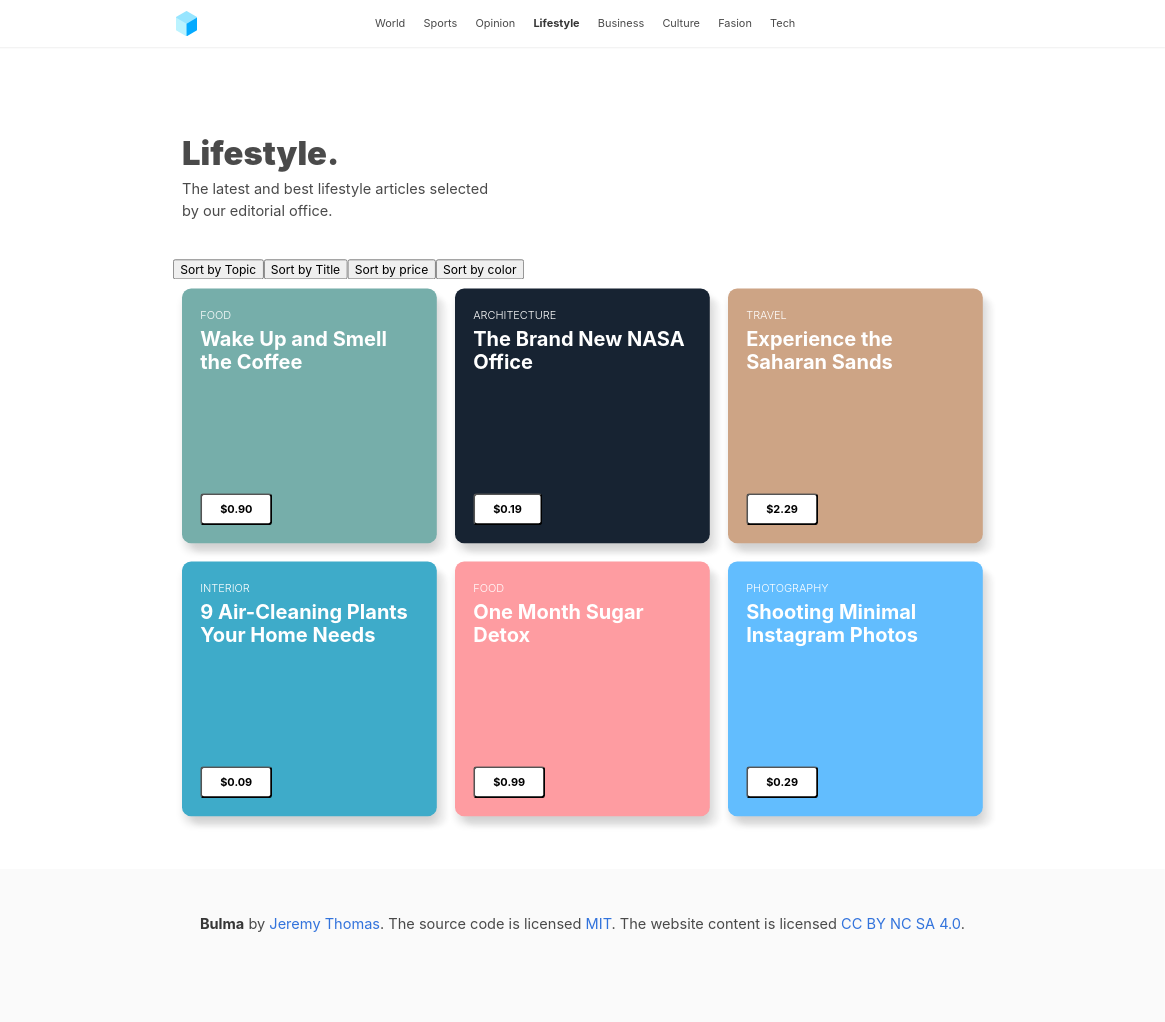
Repository: DOODpls/js_ass1
Page: index.html
An editor plug-in stored every save of this project. The page is shown before and after the next save, followed by the edit.
The browser window is 1280 px wide. The pictures show the whole page, at 91% of full size.

Above is the page before, as saved 2019-11-22 19:34:45.

### index.html
<!DOCTYPE html>
<html>
<head>
    <title></title>
    <link rel="stylesheet" href="https://cdnjs.cloudflare.com/ajax/libs/bulma/0.7.5/css/bulma.min.css" integrity="sha256-vK3UTo/8wHbaUn+dTQD0X6dzidqc5l7gczvH+Bnowwk=" crossorigin="anonymous" />
    <link rel="stylesheet" type="text/css" href="./styles.css">
</head>
<body>

    <nav class="navbar">
        <div class="container">
            <div class="logo"></div>
            <ul>
                <li>World</li>
                <li>Sports</li>
                <li>Opinion</li>
                <li><strong>Lifestyle</strong></li>
                <li>Business</li>
                <li>Culture</li>
                <li>Fasion</li>
                <li>Tech</li>
            </ul>
            <span class="icon">
              <i class="ion-ionic" style='color: black; background: black;'></i>
            </span>
        </div>
    </nav>

    <section class="section">
        <div class="container">
            <div style='margin: 40px 10px 40px'>
                <h1>Lifestyle.</h1>
                <p>The latest and best lifestyle articles selected<br/>
                    by our editorial office.
                </p>
            </div>
        </div>
        <div class="container">
            <div class='card-row' id='content'></div>
        </div>
    </section>

    <footer class="footer">
        <div class="content has-text-centered">
            <p>
                <strong>Bulma</strong> by <a href="https://jgthms.com">Jeremy Thomas</a>. The source code is licensed
                <a href="http://opensource.org/licenses/mit-license.php">MIT</a>. The website content
                is licensed <a href="http://creativecommons.org/licenses/by-nc-sa/4.0/">CC BY NC SA 4.0</a>.
            </p>
        </div>
    </footer>

    <script type="text/javascript" src='./app.js'></script>
</body>
</html>

### styles.css
/* - - - - - - - - - - - - - - - - - - - - - - - - - - - - - -
GENERAL
- - - - - - - - - - - - - - - - - - - - - - - - - - - - - - */
h1 {
    font-size: 36px;
    font-weight: 900;
}

.container {
    max-width: 900px;
}

/* - - - - - - - - - - - - - - - - - - - - - - - - - - - - - -
NAV
- - - - - - - - - - - - - - - - - - - - - - - - - - - - - - */
nav {
    border-bottom: 1px solid #ededed;
}

.navbar > .container {
    display: flex;
    align-items: center;
    justify-content: space-between;
}

nav .container ul {
    display: flex;
}

nav .container ul li {
    margin: 0 10px;
    font-size: 12px;
}

.logo {
    background: url('./img/logo.svg');
    background-size: 24px;
    background-position: center;
    background-repeat: no-repeat;

    height: 30px;
    width: 30px;
}

@media (max-width: 600px) {
    nav .container {
        padding: 0 30px;
    }

    nav .container ul {
        display: none;
    }
}

/* TILES */
.card-row {
    display: flex;
    flex-wrap: wrap;
}

.card {
    height: 280px;
    border-radius: 10px;
    background: rgba(23, 35, 50, 1);
    flex: 1 230px;
    margin: 10px;
    padding: 20px;
    position: relative;
    box-shadow: 2px 8px 9px 0px rgba(0, 0, 0, 0.14),
        11px 11px 6px rgba(0, 0, 0, 0.05);
}

.card .buy-button {
    position: absolute;
    bottom: 20px;
    left: 20px;
    background: white;
    color: black;
    border-radius: 4px;
    padding: 8px 20px;
    font-size: 12px;
    font-weight: 700;
}

.card .topic {
    color: white;
    font-weight: 300;
    font-size: 12px;
    text-transform: uppercase;
    margin-bottom: 5px;
}
.card .title {
    color: white;
    font-weight: 700;
    font-size: 22px;
}

### app.js
const green = 'rgba(118,174, 170, 1)'
const black = 'rgba(23,35, 50, 1)'
const brown = 'rgba(205,164, 133, 1)'
const greenblue = 'rgba(62,171, 201, 1)'
const pink = 'rgba(254,156, 161, 1)'
const blue = 'rgba(98,189, 254, 1)'

const data = [
    {
        topic: 'Food',
        title: 'Wake Up and Smell the Coffee',
        price: '$0.90',
        color: green
    },
    {
        topic: 'Architecture',
        title: 'The Brand New NASA Office',
        price: '$0.19',
        color: black
    },
    {
        topic: 'Travel',
        title: 'Experience the Saharan Sands',
        price: '$2.29',
        color: brown
    },
    {
        topic: 'Interior',
        title: '9 Air-Cleaning Plants Your Home Needs',
        price: '$0.09',
        color: greenblue
    },
    {
        topic: 'Food',
        title: 'One Month Sugar Detox',
        price: '$0.99',
        color: pink
    },
    {
        topic: 'Photography',
        title: 'Shooting Minimal Instagram Photos',
        price: '$0.29',
        color: blue
    }
]

// Instructions
// Take the data above and display it as tiles on the page


    // for(i=0; i<data.length; i++){
    //     let heig
    //     if(i % 2 == 0){
    //         heig = '500px'
    //     }

    //     const tilers = document.querySelector('#content')
    //     const divr = document.createElement('div')
    //     divr.className= 'card'
    //     divr.style.backgroundColor = data[i].color
    //     divr.style.flex = heig
    //     divr.id = 'divtile'+ i
    //     tilers.appendChild(divr)

    //     const p1 = document.querySelector('#divtile'+i)
    //     const pr1 = document.createElement('p')
    //     pr1.textContent = data[i].topic
    //     pr1.className= 'topic'
    //     p1.appendChild(pr1)

    //     const p2 = document.querySelector('#divtile'+i)
    //     const pr2 = document.createElement('p')
    //     pr2.textContent = data[i].title
    //     pr2.className= 'title'
    //     p2.appendChild(pr2)

    //     const btn1 = document.querySelector('#divtile'+i)
    //     const btr2 = document.createElement('button')
    //     btr2.textContent = data[i].price
    //     btr2.className= 'buy-button'
    //     btn1.appendChild(btr2)
    // }
    const tilers = document.querySelector('#content')
    function looop(){
      data.forEach(function(item)
    {
        const divr = document.createElement('div')
        divr.className = 'card'
        divr.style.backgroundColor = item.color
        tilers.appendChild(divr)

        const pr1 = document.createElement('p')
        pr1.textContent = item.topic
        pr1.className= 'topic'
        divr.appendChild(pr1)

        const pr2 = document.createElement('p')
        pr2.textContent = item.title
        pr2.className= 'title'
        divr.appendChild(pr2)

        const btr2 = document.createElement('button')
        btr2.textContent = item.price
        btr2.className= 'buy-button'
        divr.appendChild(btr2)
    })
    }
    looop();

    // tried to do sort, but i suck
    const container = document.querySelector('body section .container')
    const btn1 = document.createElement('button')
    btn1.className= 'topic'
    btn1.id = "butt1"
    btn1.innerText = "Sort by Topic"
    const btn2 = document.createElement('button')
    btn2.className= 'bytitle'
    btn2.id = "butt2"
    btn2.innerText = "Sort by Title"
    const btn3 = document.createElement('button')
    btn3.className= 'price'
    btn3.id = "butt3"
    btn3.innerText = "Sort by price"
    const btn4 = document.createElement('button')
    btn4.className= 'price'
    btn4.id = "butt4"
    btn4.innerText = "Sort by color"
    container.append(btn1, btn2, btn3, btn4)

    function sort1(){
        data.sort((a, b) => (a.topic > b.topic) ? 1 : -1)
    }
    function sort2(){
      data.sort((a, b) => (a.title > b.title) ? 1 : -1)
    }
    function sort3(){
      data.sort((a, b) => (a.price > b.price) ? 1 : -1)
    }
    function sort4(){
      data.sort((a, b) => (a.color > b.color) ? 1 : -1)
    }
    btn1.addEventListener('click', function(event) {
        sort1();
        tilers.innerHTML = "";
        looop();
    })
    btn2.addEventListener('click', function(event) {
      sort2();
      tilers.innerHTML = "";
      looop();
    })
    btn3.addEventListener('click', function(event) {
      sort3();
      tilers.innerHTML = "";
      looop();
    })
    btn4.addEventListener('click', function(event) {
      sort4();
      tilers.innerHTML = "";
      looop();
    })
    //this one also works lolllll
    // data.forEach(function(items)
    // {
    // //   document.getElementById('content').innerHTML += '<div class="card" style="background-color:'+items.color+'"><p class="topic">'+items.topic+'</p><p class="title">'+items.title+'</p><button class="buy-button">'+items.price+'</button></div>';
    // })

After the next save:
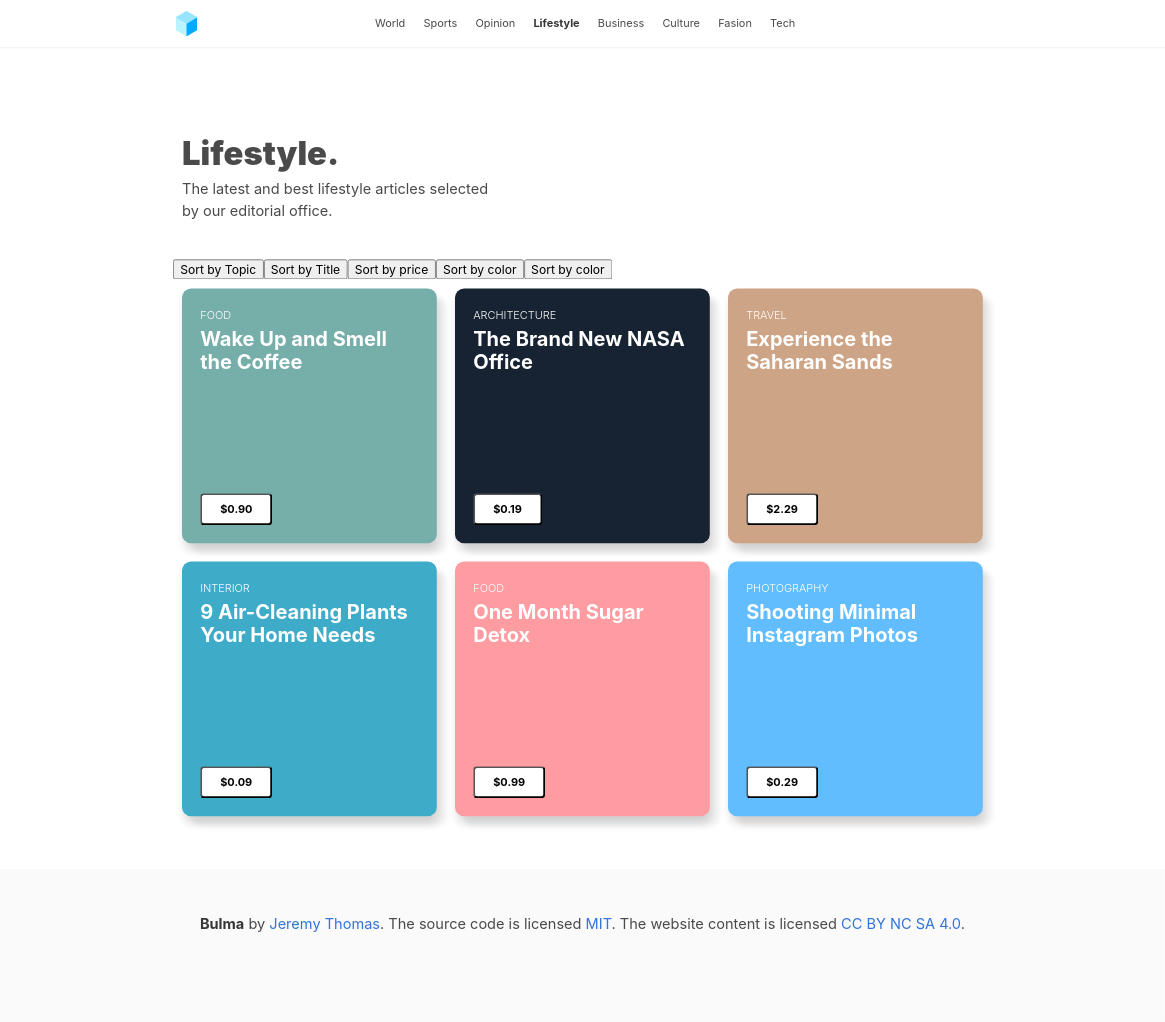
Saved 53 s later.
--- a/app.js
+++ b/app.js
@@ -125,7 +125,11 @@ const data = [
     btn4.className= 'price'
     btn4.id = "butt4"
     btn4.innerText = "Sort by color"
-    container.append(btn1, btn2, btn3, btn4)
+    const btn5 = document.createElement('button')
+    btn5.className= 'price'
+    btn5.id = "butt5"
+    btn5.innerText = "Sort by color"
+    container.append(btn1, btn2, btn3, btn4, btn5)
 
     function sort1(){
         data.sort((a, b) => (a.topic > b.topic) ? 1 : -1)
